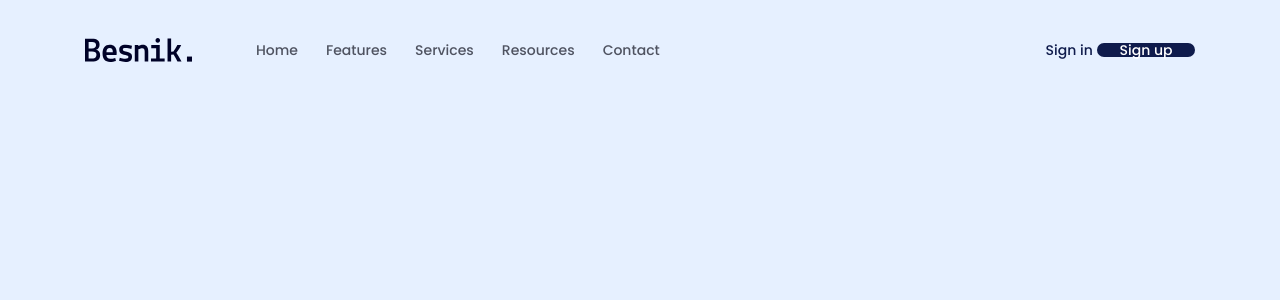
Repository: Tibi2003/f8-htmlcss-01
Page: index.html
An editor plug-in stored every save of this project. The page is shown before and after the next save, followed by the edit.
The browser window is 1280 px wide. The pictures show the whole page.

Above is the page before, as saved 2024-02-05 16:13:09.

### index.html
<!DOCTYPE html>
<html lang="en">
	<head>
		<meta charset="UTF-8" />
		<meta name="viewport" content="width=device-width, initial-scale=1.0" />
		<title>F8 Project 01</title>
		<link rel="stylesheet" href="./assets/css/reset.css" />
		<link rel="stylesheet" href="./assets/fonts/stylesheet.css" />
		<link rel="stylesheet" href="./assets/css/styles.css" />
	</head>
	<body>
		<main>
			<!-- Header -->
			<header class="header">
				<div class="content">
					<nav class="navbar">
						<!-- Logo -->
						<img src="./assets/img/logo.svg" alt="Besnik." />
						<!-- Navigation -->
						<ul>
							<li><a href="#!">Home</a></li>
							<li><a href="#!">Features</a></li>
							<li><a href="#!">Services</a></li>
							<li><a href="#!">Resources</a></li>
							<li><a href="#!">Contact</a></li>
						</ul>
						<!-- Action -->
						<div class="actions">
							<a href="#!" class="action-link">Sign in</a>
							<a href="#!" class="btn">Sign up</a>
						</div>
					</nav>
				</div>
			</header>
		</main>
	</body>
</html>

### assets/fonts/stylesheet.css
/* ========== Poppins ========== */
@font-face {
	font-family: "Poppins";
	src: url("Poppins/Poppins-Black.woff2") format("woff2"),
		url("Poppins/Poppins-Black.woff") format("woff");
	font-weight: 900;
	font-style: normal;
	font-display: swap;
}

@font-face {
	font-family: "Poppins";
	src: url("Poppins/Poppins-BlackItalic.woff2") format("woff2"),
		url("Poppins/Poppins-BlackItalic.woff") format("woff");
	font-weight: 900;
	font-style: italic;
	font-display: swap;
}

@font-face {
	font-family: "Poppins";
	src: url("Poppins/Poppins-Bold.woff2") format("woff2"),
		url("Poppins/Poppins-Bold.woff") format("woff");
	font-weight: bold;
	font-style: normal;
	font-display: swap;
}

@font-face {
	font-family: "Poppins";
	src: url("Poppins/Poppins-ExtraLightItalic.woff2") format("woff2"),
		url("Poppins/Poppins-ExtraLightItalic.woff") format("woff");
	font-weight: 200;
	font-style: italic;
	font-display: swap;
}

@font-face {
	font-family: "Poppins";
	src: url("Poppins/Poppins-Italic.woff2") format("woff2"),
		url("Poppins/Poppins-Italic.woff") format("woff");
	font-weight: normal;
	font-style: italic;
	font-display: swap;
}

@font-face {
	font-family: "Poppins";
	src: url("Poppins/Poppins-BoldItalic.woff2") format("woff2"),
		url("Poppins/Poppins-BoldItalic.woff") format("woff");
	font-weight: bold;
	font-style: italic;
	font-display: swap;
}

@font-face {
	font-family: "Poppins";
	src: url("Poppins/Poppins-ExtraBold.woff2") format("woff2"),
		url("Poppins/Poppins-ExtraBold.woff") format("woff");
	font-weight: bold;
	font-style: normal;
	font-display: swap;
}

@font-face {
	font-family: "Poppins";
	src: url("Poppins/Poppins-ExtraLight.woff2") format("woff2"),
		url("Poppins/Poppins-ExtraLight.woff") format("woff");
	font-weight: 200;
	font-style: normal;
	font-display: swap;
}

@font-face {
	font-family: "Poppins";
	src: url("Poppins/Poppins-ExtraBoldItalic.woff2") format("woff2"),
		url("Poppins/Poppins-ExtraBoldItalic.woff") format("woff");
	font-weight: bold;
	font-style: italic;
	font-display: swap;
}

@font-face {
	font-family: "Poppins";
	src: url("Poppins/Poppins-Medium.woff2") format("woff2"),
		url("Poppins/Poppins-Medium.woff") format("woff");
	font-weight: 500;
	font-style: normal;
	font-display: swap;
}

@font-face {
	font-family: "Poppins";
	src: url("Poppins/Poppins-Light.woff2") format("woff2"),
		url("Poppins/Poppins-Light.woff") format("woff");
	font-weight: 300;
	font-style: normal;
	font-display: swap;
}

@font-face {
	font-family: "Poppins";
	src: url("Poppins/Poppins-MediumItalic.woff2") format("woff2"),
		url("Poppins/Poppins-MediumItalic.woff") format("woff");
	font-weight: 500;
	font-style: italic;
	font-display: swap;
}

@font-face {
	font-family: "Poppins";
	src: url("Poppins/Poppins-Regular.woff2") format("woff2"),
		url("Poppins/Poppins-Regular.woff") format("woff");
	font-weight: normal;
	font-style: normal;
	font-display: swap;
}

@font-face {
	font-family: "Poppins";
	src: url("Poppins/Poppins-LightItalic.woff2") format("woff2"),
		url("Poppins/Poppins-LightItalic.woff") format("woff");
	font-weight: 300;
	font-style: italic;
	font-display: swap;
}

@font-face {
	font-family: "Poppins";
	src: url("Poppins/Poppins-SemiBoldItalic.woff2") format("woff2"),
		url("Poppins/Poppins-SemiBoldItalic.woff") format("woff");
	font-weight: 600;
	font-style: italic;
	font-display: swap;
}

@font-face {
	font-family: "Poppins";
	src: url("Poppins/Poppins-SemiBold.woff2") format("woff2"),
		url("Poppins/Poppins-SemiBold.woff") format("woff");
	font-weight: 600;
	font-style: normal;
	font-display: swap;
}

@font-face {
	font-family: "Poppins";
	src: url("Poppins/Poppins-ThinItalic.woff2") format("woff2"),
		url("Poppins/Poppins-ThinItalic.woff") format("woff");
	font-weight: 100;
	font-style: italic;
	font-display: swap;
}

@font-face {
	font-family: "Poppins";
	src: url("Poppins/Poppins-Thin.woff2") format("woff2"),
		url("Poppins/Poppins-Thin.woff") format("woff");
	font-weight: 100;
	font-style: normal;
	font-display: swap;
}

### assets/css/styles.css
* {
	box-sizing: border-box;
}

html {
	font-size: 62.5%;
}

body {
	font-size: 1.6rem;
	font-family: "Poppins", sans-serif;
}

/* Common */
a {
	text-decoration: none;
}

.btn {
	display: inline-block;
	min-width: 98px;
	border-radius: 8px;
	background: #0f1b4c;
	font-size: 1.4rem;
	font-weight: 500;
	text-align: center;
	color: #ffffff;
}

.content {
	width: 1110px;
	margin-left: auto;
	margin-right: auto;
}

/* Header */
.header {
	background: #e6f0ff;
	height: 100vh;
}

.navbar {
	display: flex;
	align-items: center;
	padding-top: 38px;
}

.navbar ul {
	display: flex;
	margin-left: 50px;
}

.navbar .actions {
	margin-left: auto;
}

.navbar ul a {
	font-size: 1.4rem;
	font-weight: 500;
	color: #4f5361;
	padding: 8px 14px;
}

.navbar .action-link {
	font-weight: 500;
	font-size: 1.4rem;
	color: #0f1b4c;
}

Loaded but not shown: assets/css/reset.css (common file)

After the next save:
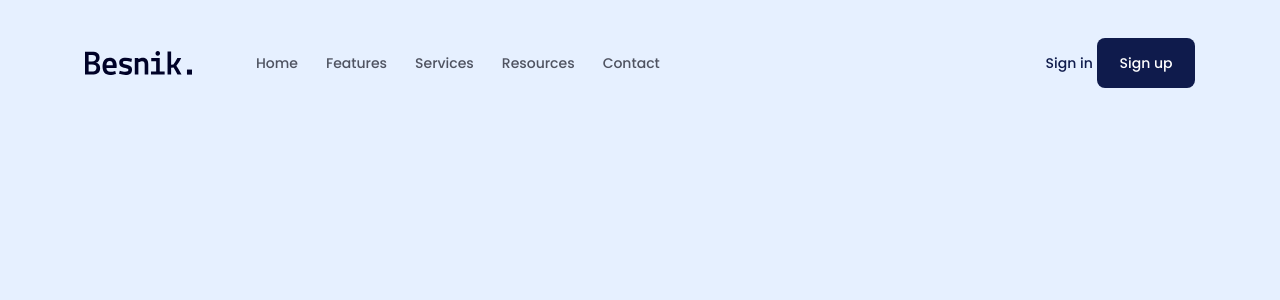
Saved 96 s later.
--- a/assets/css/styles.css
+++ b/assets/css/styles.css
@@ -19,6 +19,7 @@ a {
 .btn {
 	display: inline-block;
 	min-width: 98px;
+	padding: 18px 16px;
 	border-radius: 8px;
 	background: #0f1b4c;
 	font-size: 1.4rem;
